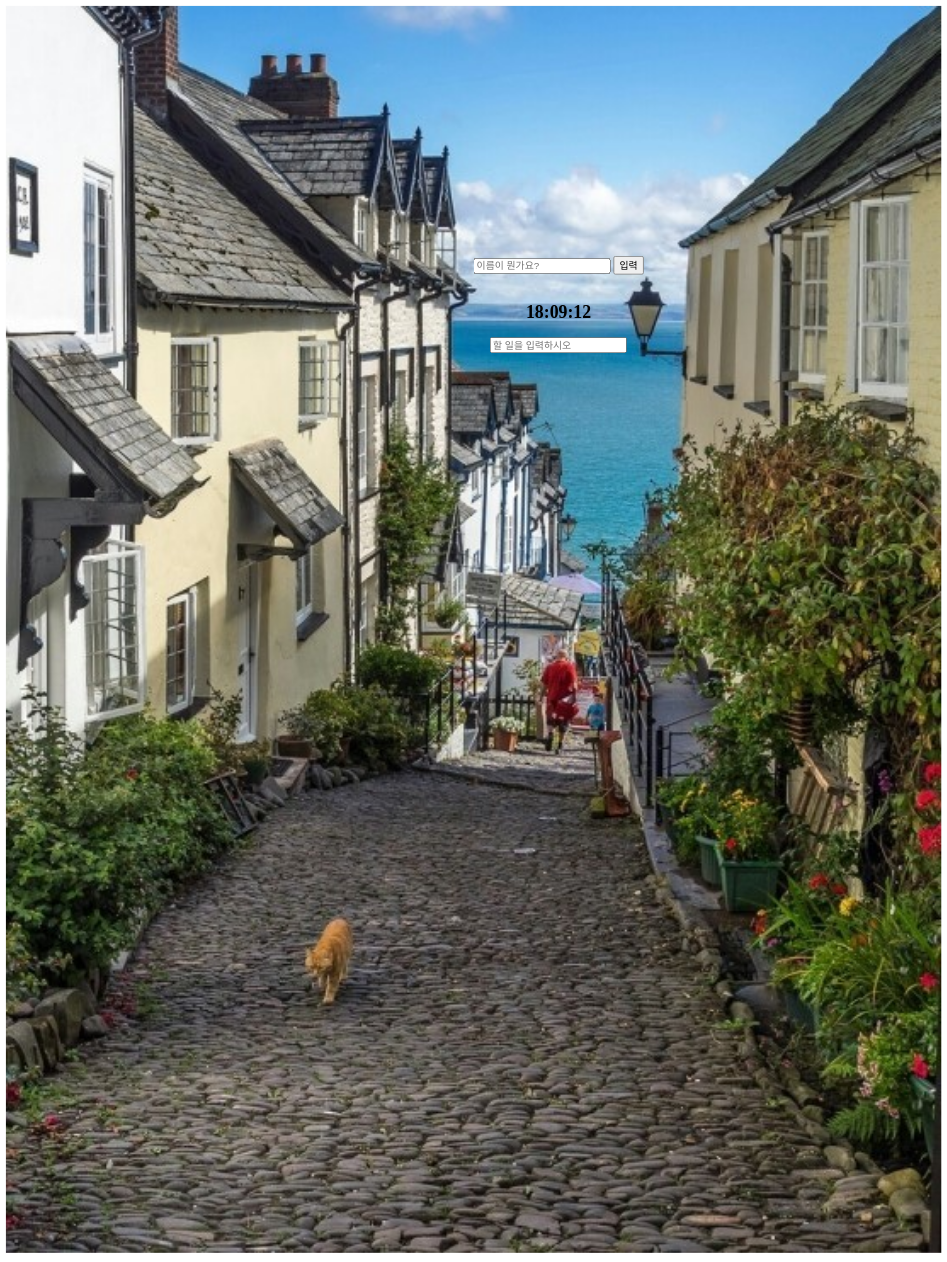
Repository: jun01270/F-E-practice
Page: index.html
An editor plug-in stored every save of this project. The page is shown before and after the next save, followed by the edit.
The browser window is 1280 px wide. The pictures show the whole page, at 74% of full size.

Above is the page before, as saved 2023-01-09 19:06:44.
Console error: TypeError: Cannot read properties of null (reading 'addEventListener')

After the next save:
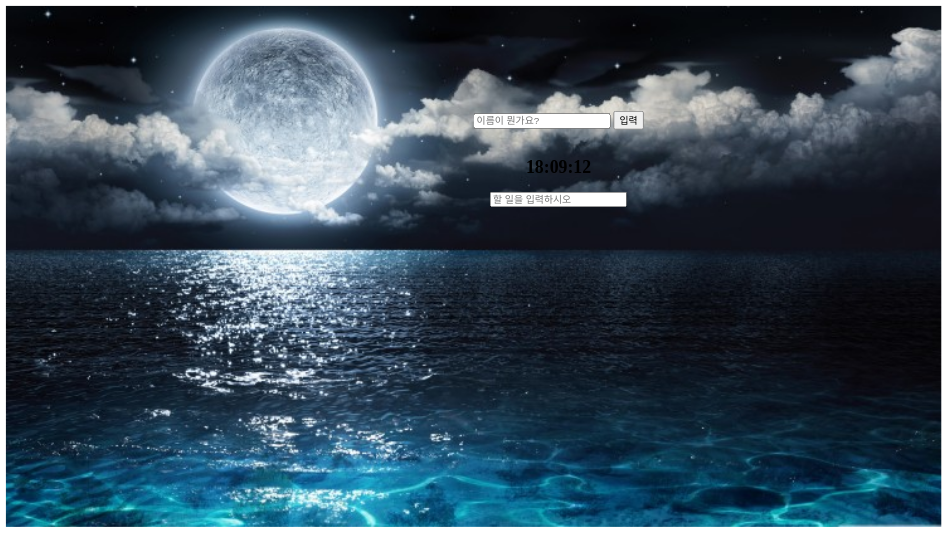
Saved 18 s later.
--- a/js/background.js
+++ b/js/background.js
@@ -1,4 +1,4 @@
-const images = ["moon.jpg", "street.jpg", "orora.jpg"];
+const images = ["moon.jpg", "river.jpg", "orora.jpg"];
 const chosenImage = images[Math.floor(Math.random() * images.length)];
 const bgImage = document.createElement("img");
 const content = document.getElementById("wrapper");
